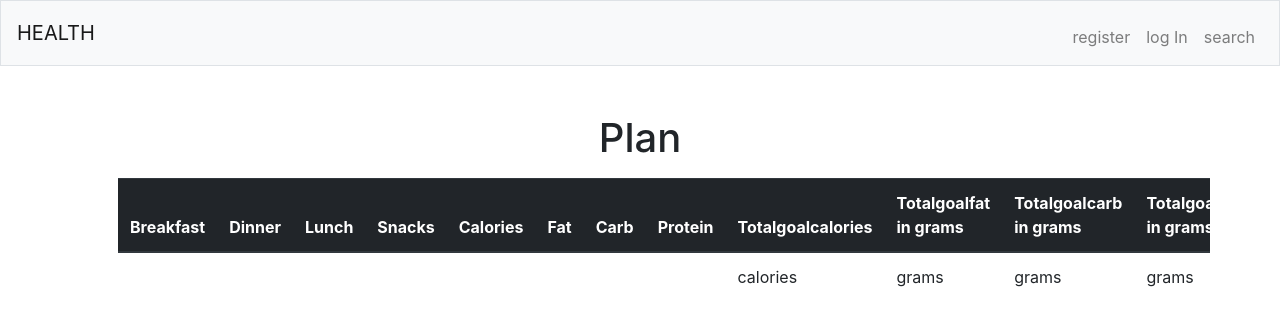
Repository: bahgaat/cs50
Page: templates/plan.html
The author's editor kept a record of every edit. The page is drawn from the files as they stood at one moment, then again after the next edit.
The browser window is 1280 px wide. The pictures show the whole page.
The page is served by the project's application, run on Flask 3 (applications.py). Other server files are loaded and not shown. The template is opened directly, without the code that normally fills it, so the values that code supplies are empty.

Above is the page before.

### templates/plan.html
{% extends "layout.html" %}

{% block title %}
    Plan
{% endblock %}

{% block main %}

<form action="/diet" method="GET">
    <h1 class="mb-3">Plan</h1>
    <table class="table">
        <thead class= "thead-dark">


        <tr>
            <th>Breakfast</th>
            <th>Dinner</th>
            <th>Lunch</th>
            <th>Snacks</th>
            <th>Calories</th>
            <th>Fat</th>
            <th>Carb</th>
            <th>Protein</th>
            <th>Totalgoalcalories</th>
            <th>Totalgoalfat in grams</th>
            <th>Totalgoalcarb in grams</th>
            <th>Totalgoalprotein in grams</th>
            <th>Caloriesconsumed</th>
            <th>Remainingcalories</th>
            <th>Fatconsumed in grams</th>
            <th>Remainingfat in grams</th>
            <th>Carbconsumed in grams</th>
            <th>Remainingcarb in grams</th>
            <th>Proteinconsumed in grams</th>
            <th>Remainingprotein in grams</th>
            <th>date</th>
            <th>Startdate</th>
        </tr>


        </thead>
        <tbody>
        {% for food in updateusersgoal %}
        <tr>

             <td>{{food.Breakfast}}</td>
             <td>{{food.Dinner}}</td>
             <td>{{food.Lunch}}</td>
             <td>{{food.Snacks}}</td>
             <td>{{food.Calories}}calories</td>
             <td>{{food.Fat}} grams</td>
             <td>{{food.Carb}} grams</td>
             <td>{{food.Protein}} grams</td>
             <td></td>
             <td></td>
             <td></td>
             <td></td>
             <td></td>
             <td></td>
             <td></td>
             <td></td>
             <td></td>
             <td></td>
             <td></td>
             <td></td>
             <td></td>
             <td></td>


        </tr>
        {% endfor %}
        <tr>
             <td></td>
             <td></td>
             <td></td>
             <td></td>
             <td></td>
             <td></td>
             <td></td>
             <td></td>
             <td>{{Totalgoalcalories}} calories</td>
             <td>{{Totalgoalfat}} grams</td>
             <td>{{Totalgoalcarb}} grams</td>
             <td>{{Totalgoalprotein}} grams</td>
             <td>{{Caloriesconsumed}} calories</td>
             <td>{{Remainingcalories}} calories</td>
             <td>{{Fatconsumed}} grams</td>
             <td>{{Remainingfat}} grams</td>
             <td>{{Carbconsumed}} grams</td>
             <td>{{Remainingcarb}} grams</td>
             <td>{{Proteinconsumed}} grams</td>
             <td>{{Remainingprotein}} grams</td>
             <td>{{todaydate}}</td>
             <td>{{startdate}}</td>
       </tr>
        </tbody>

    </table>
</form>
{% endblock %}

### templates/layout.html
<!DOCTYPE html>

<html lang="en">

    <head>

        <!-- Required meta tags -->
        <meta charset="utf-8">
        <meta name="viewport" content="width=device-width, initial-scale=1, shrink-to-fit=no">

        <!-- documentation at http://getbootstrap.com/docs/4.1/, alternative themes at https://bootswatch.com/ -->
        <link href="https://maxcdn.bootstrapcdn.com/bootstrap/4.1.3/css/bootstrap.min.css" rel="stylesheet">

        <!-- https://favicon.io/emoji-favicons/money-mouth-face/ -->
        <link href="/static/favicon.ico" rel="icon">

        <link href="/static/styles.css" rel="stylesheet">

        <script src="https://code.jquery.com/jquery-3.3.1.min.js"></script>
        <script src="https://cdnjs.cloudflare.com/ajax/libs/popper.js/1.14.3/umd/popper.min.js"></script>
        <script src="https://maxcdn.bootstrapcdn.com/bootstrap/4.1.3/js/bootstrap.min.js"></script>

        <title>Health: {% block title %}{% endblock %}</title>

    </head>

    <body>

        <nav class="navbar navbar-expand-md navbar-light bg-light border">
            <a class="navbar-brand" href="/"><span class="blue" >HEALTH</span></a>
            <button aria-controls="navbar" aria-expanded="false" aria-label="Toggle navigation" class="navbar-toggler" data-target="#navbar" data-toggle="collapse" type="button">
                <span class="navbar-toggler-icon"></span>
            </button>
            <div class="collapse navbar-collapse" id="navbar">
                {% if session.user_id %}
                    <ul class="navbar-nav mr-auto mt-2">
                        <li class="nav-item"><a class="nav-link" href="/history">history</a></li>
                        <li class="nav-item"><a class="nav-link" href="/diet">diet</a></li>

                    </ul>
                    <ul class="navbar-nav ml-auto mt-2">
                        <li class="nav-item"><a class="nav-link" href="/logout">Log Out</a></li>
                    </ul>
                {% else %}
                    <ul class="navbar-nav ml-auto mt-2">
                        <li class="nav-item"><a class="nav-link" href="/register">register</a></li>
                        <li class="nav-item"><a class="nav-link" href="/login">log In</a></li>
                        <li class="nav-item"><a class="nav-link" href="/search">search</a></li>
                    </ul>
                {% endif %}
            </div>
        </nav>

        {% if get_flashed_messages() %}
            <header>
                <div class="alert alert-primary border text-center" role="alert">
                    {{ get_flashed_messages() | join(" ") }}
                </div>
            </header>
        {% endif %}

        <main class="container p-5">
            {% block main %}{% endblock %}
        </main>


    </body>

</html>

### static/styles.css
nav .nav-brand
{
    font-size: xx-large;
}

nav .nav-brand .blue
{
    color: #537fbe;
}

main .form-control
{
    display: inline-block;
    width: auto;
}

main
{
    overflow-x: auto;
    text-align:left;
}

main img
{
    max-width:100%;
}

.food
{
    text-align:left;
}

#quantity
{
    text-align:left;
}

.Meal
{
    text-align:left;
}

.mb-3
{
    text-align: center;
}

Loaded but not shown: applications.py (1381 lines, source omitted)

After the next edit:
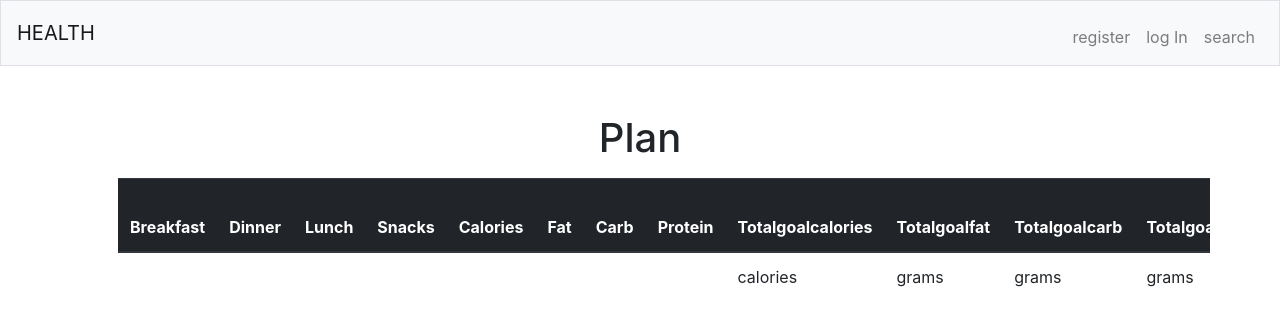
The edit:
--- a/templates/plan.html
+++ b/templates/plan.html
@@ -22,9 +22,9 @@
             <th>Carb</th>
             <th>Protein</th>
             <th>Totalgoalcalories</th>
-            <th>Totalgoalfat in grams</th>
-            <th>Totalgoalcarb in grams</th>
-            <th>Totalgoalprotein in grams</th>
+            <th>Totalgoalfat</th>
+            <th>Totalgoalcarb</th>
+            <th>Totalgoalprotein</th>
             <th>Caloriesconsumed</th>
             <th>Remainingcalories</th>
             <th>Fatconsumed in grams</th>
